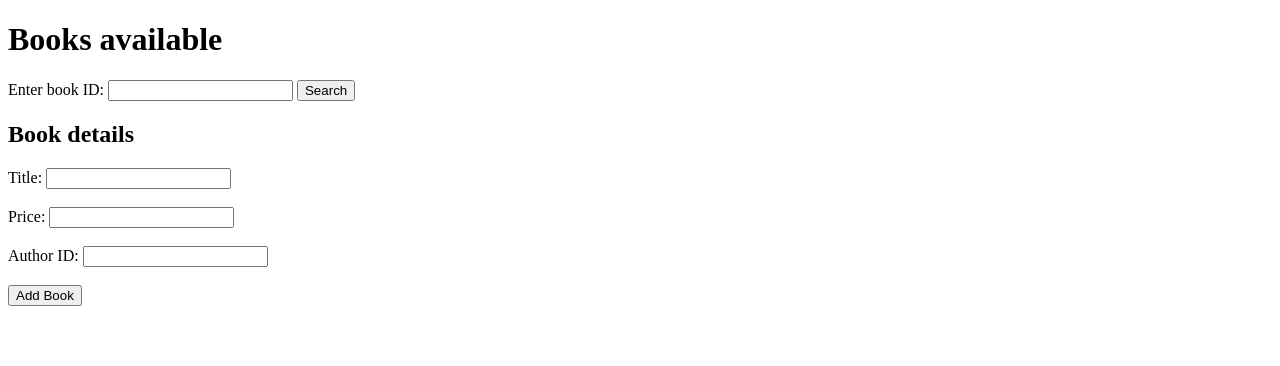
Repository: Afrozzzz/java-training
Page: shop/src/main/resources/static/books.html
These files come from the project's save history. The page is drawn as it stood at one moment and after the next save; the edit follows.
The browser window is 1280 px wide. The pictures show the whole page.
The page's requests for data from a server got no answer.

Above is the page before, as saved 2025-03-03 09:43:22.

After the next save:
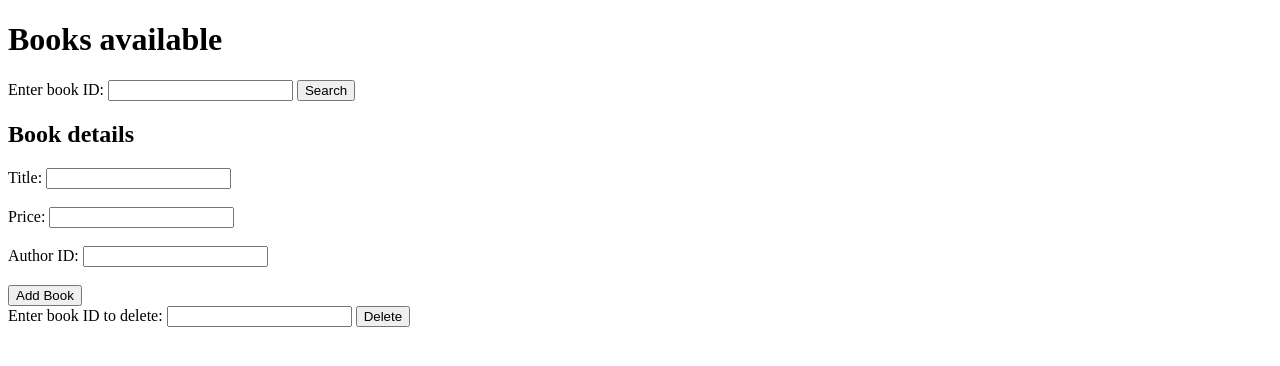
Saved 6 min 48 s later.
--- a/shop/src/main/resources/static/books.html
+++ b/shop/src/main/resources/static/books.html
@@ -1,62 +1,37 @@
 <!DOCTYPE html>
 <html lang="en">
 <head>
-<meta charset="UTF-8">
-<meta name="viewport" content="width=device-width, initial-scale=1.0">
-<title>Books</title>
+    <meta charset="UTF-8">
+    <meta name="viewport" content="width=device-width, initial-scale=1.0">
+    <title>Books</title>
 </head>
 <body>
-<h1>Books available</h1>
-<ul id="bookList"></ul>
-<label for="bookId">Enter book ID:</label>
-<input type="number" id="bookId" name="bookId">
-<button id="searchButton">Search</button>
-<h2>Book details</h2>
-<p id="bookDetails"></p>
-<form id="bookForm">
-<label for="title">Title:</label>
-<input type="text" id="title" name="title"><br><br>
+    <h1>Books available</h1>
+    <ul id="bookList"></ul>
 
+    <label for="bookId">Enter book ID:</label>
+    <input type="number" id="bookId" name="bookId">
+    <button id="searchButton">Search</button>
+
+    <h2>Book details</h2>
+    <p id="bookDetails"></p>
+
+    <form id="bookForm">
+        <label for="title">Title:</label>
+        <input type="text" id="title" name="title"><br><br>
         <label for="price">Price:</label>
-<input type="text" id="price" name="price"><br><br>
+        <input type="text" id="price" name="price"><br><br>
+        <label for="authorId">Author ID:</label>
+        <input type="text" id="authorId" name="authorId"><br><br>
+        <button type="button" onclick="addBook()">Add Book</button>
+    </form>
 
-        <label for="authorId">Author ID:</label>
-<input type="text" id="authorId" name="authorId"><br><br>
+    <label for="deleteBookId">Enter book ID to delete:</label>
+    <input type="number" id="deleteBookId" name="deleteBookId">
+    <button id="deleteButton">Delete</button>
 
-        <button type="button" onclick="addBook()">Add Book</button>
-</form>
-
-<script>
-     function addBook() {
-    	    const title = document.getElementById('title').value;
-    	    const price = document.getElementById('price').value;
-    	    const authorId = document.getElementById('authorId').value;
-
-    	    if (title && price && authorId) {
-    	        const book = {
-    	            title: title,
-    	            price: price,
-    	            authorId: authorId
-    	        };
-
-    	        fetch('/api/books', {
-    	            method: 'POST',
-    	            headers: {
-    	                'Content-Type': 'application/json'
-    	            },
-    	            body: JSON.stringify(book)
-    	        })
-    	        .then(response => response.text())
-    	        .then(data => {
-    	            alert(data);
-    	        })
-    	        .catch(error => {
-    	            console.error('Error:', error);
-    	        });
-    	    } else {
-    	        alert('Please fill in all fields.');
-    	    }
-    	}
+    <script src="bookController.js"></script>
+    <script>
         // Fetch all books and display them in a list
         fetch('/api/books')
             .then(response => response.json())
@@ -69,6 +44,7 @@
                 });
             })
             .catch(error => console.error('Error fetching books data:', error));
+
         // Function to fetch book by ID and display its details
         function fetchBookById() {
             const bookId = document.getElementById("bookId").value;
@@ -91,8 +67,74 @@
                     document.getElementById("bookDetails").textContent = "Book not found";
                 });
         }
+
         // Adding event listener to the search button
         document.getElementById("searchButton").addEventListener("click", fetchBookById);
-</script>
+
+        // Function to add a new book
+        function addBook() {
+            const title = document.getElementById('title').value;
+            const price = document.getElementById('price').value;
+            const authorId = document.getElementById('authorId').value;
+
+            if (!title || !price || !authorId) {
+                alert('Please fill in all fields');
+                return;
+            }
+
+            const newBook = {
+                title: title,
+                price: price,
+                authorId: authorId
+            };
+
+            fetch('/api/books', {
+                method: 'POST',
+                headers: {
+                    'Content-Type': 'application/json'
+                },
+                body: JSON.stringify(newBook)
+            })
+            .then(response => {
+                if (response.ok) {
+                    alert('Book added successfully!');
+                    // Optionally, refresh the book list by re-fetching the books
+                    fetchBooks();  // Assuming fetchBooks is defined to refresh the list
+                } else {
+                    throw new Error('Failed to add book');
+                }
+            })
+            .catch(error => {
+                console.error('Error adding book:', error);
+            });
+        }
+
+        // Function to delete a book by ID
+        function deleteBook() {
+            const bookId = document.getElementById('deleteBookId').value;
+            if (!bookId) {
+                alert('Please enter a book ID');
+                return;
+            }
+            fetch(`/api/books/${bookId}`, {
+                method: 'DELETE'
+            })
+            .then(response => {
+                if (response.ok) {
+                    alert('Book deleted successfully!');
+                    // Optionally, refresh the book list by re-fetching the books
+                    fetchBooks();  // Assuming fetchBooks is defined to refresh the list
+                } else {
+                    throw new Error('Failed to delete book');
+                }
+            })
+            .catch(error => {
+                console.error('Error deleting book:', error);
+            });
+        }
+
+        // Add event listener to the delete button
+        document.getElementById("deleteButton").addEventListener("click", deleteBook);
+    </script>
 </body>
 </html>
